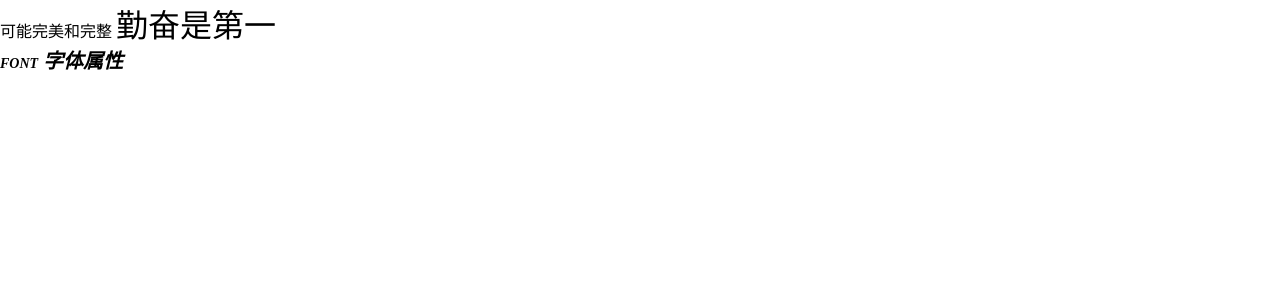
Repository: yuquan1006/-
Page: 02_css/demo.html
An editor plug-in stored every save of this project. The page is shown before and after the next save, followed by the edit.
The browser window is 1280 px wide. The pictures show the whole page.

Above is the page before, as saved 2023-06-26 10:46:12.

After the next save:
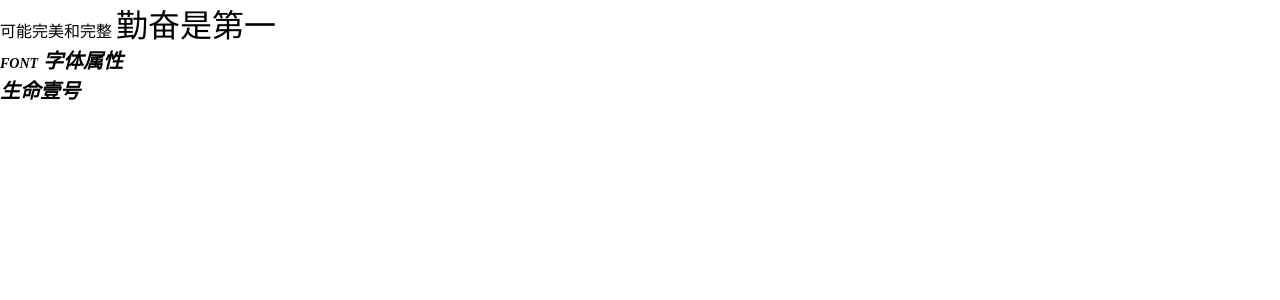
Saved 5 s later.
--- a/02_css/demo.html
+++ b/02_css/demo.html
@@ -44,7 +44,7 @@
     </div>
 
     <div>
-        <p></p>
+        <p>生命壹号</p>
     </div>
 
     <!-- 字体属性-->
